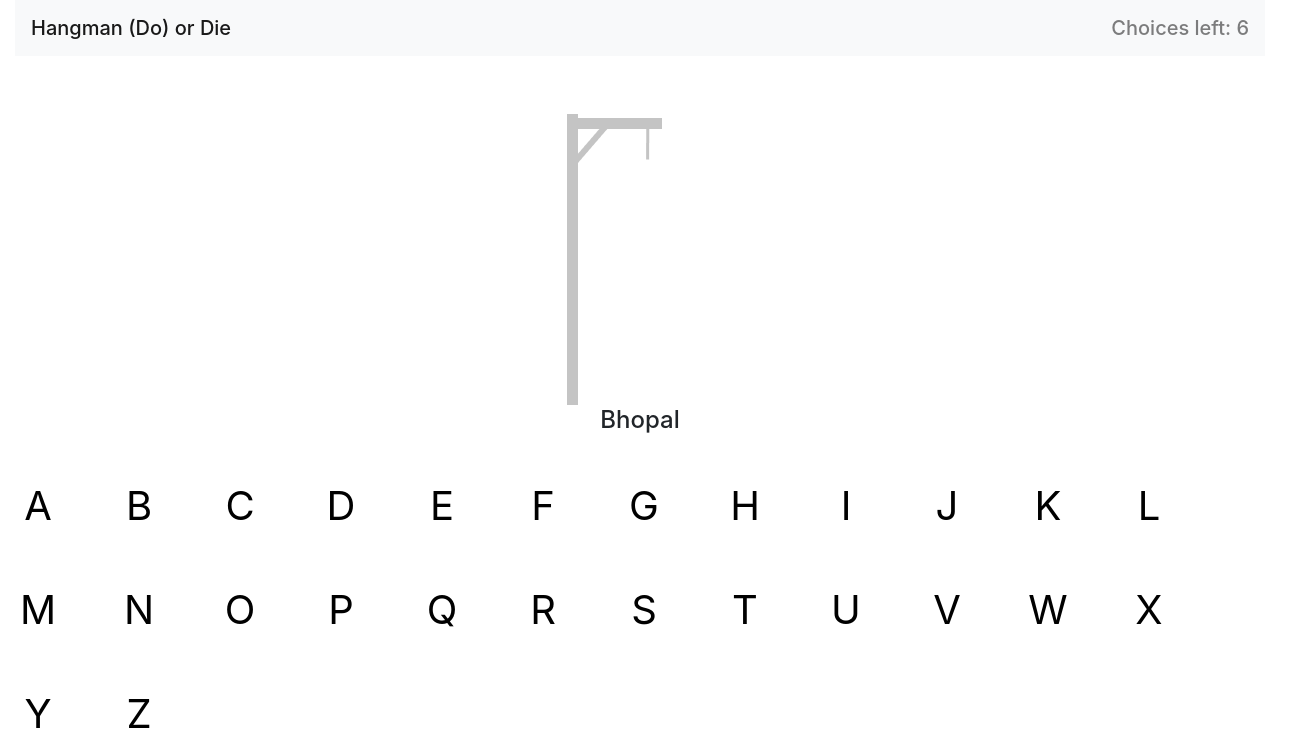
Repository: jatinhchanchlani/hangman
Page: /
The author's editor kept a copy of each file at every save. The page is drawn from the files as they stood at one save, then again after the next save.
The browser window is 1280 px wide. The page is 1295 px wide, so the pictures cover 1295 px, including what lies to the right of the window. The pictures show the whole page.
The project was rebuilt for these pictures with package versions that can differ from the ones it lists, and the page was loaded fresh each time. Also part of the build but not shown: src/App.css.

Above is the page before, as saved 2020-10-24 16:54:12.

After the next save:
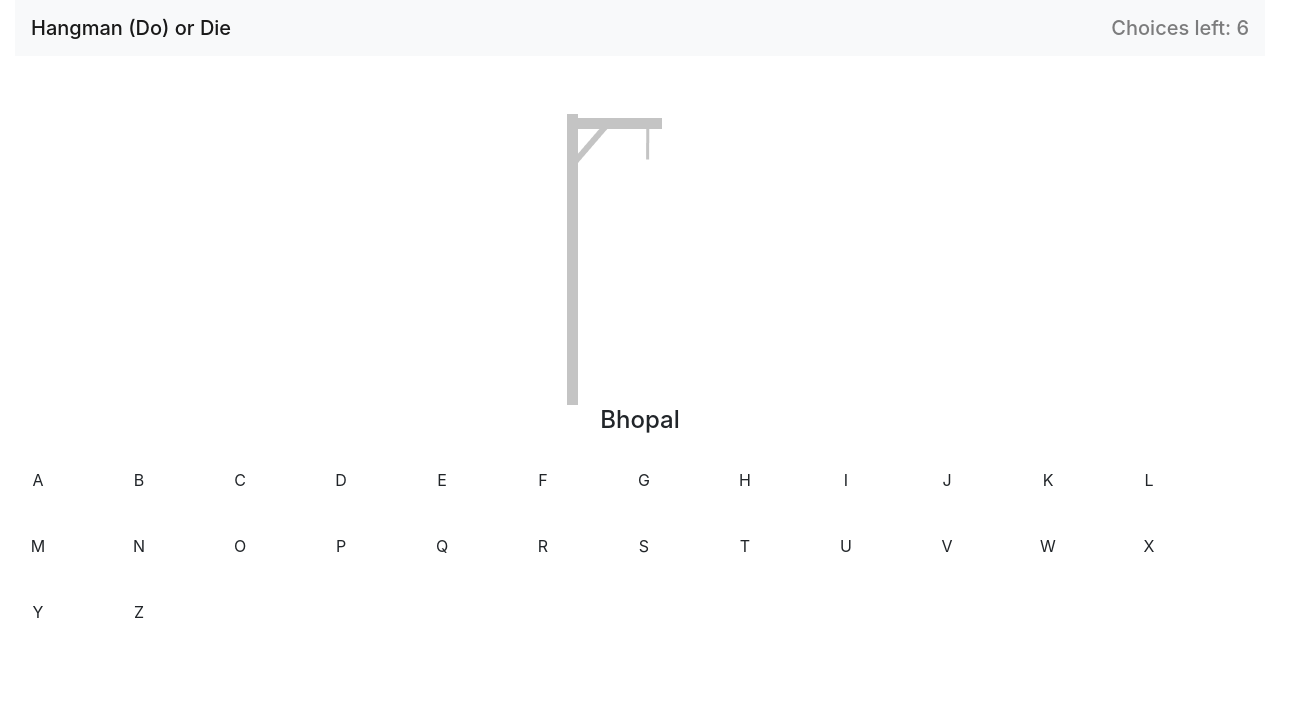
Saved 7 s later.
--- a/src/components/letters.jsx
+++ b/src/components/letters.jsx
@@ -9,7 +9,7 @@
           .fill()
           .map((_, index) => String.fromCharCode("A".charCodeAt(0) + index))
           .map((char) => (
-            <button key={char} className="letter-button">
+            <button key={char} className="letter-button btn">
               {char}
             </button>
           ))}

After the 3 saves that followed:
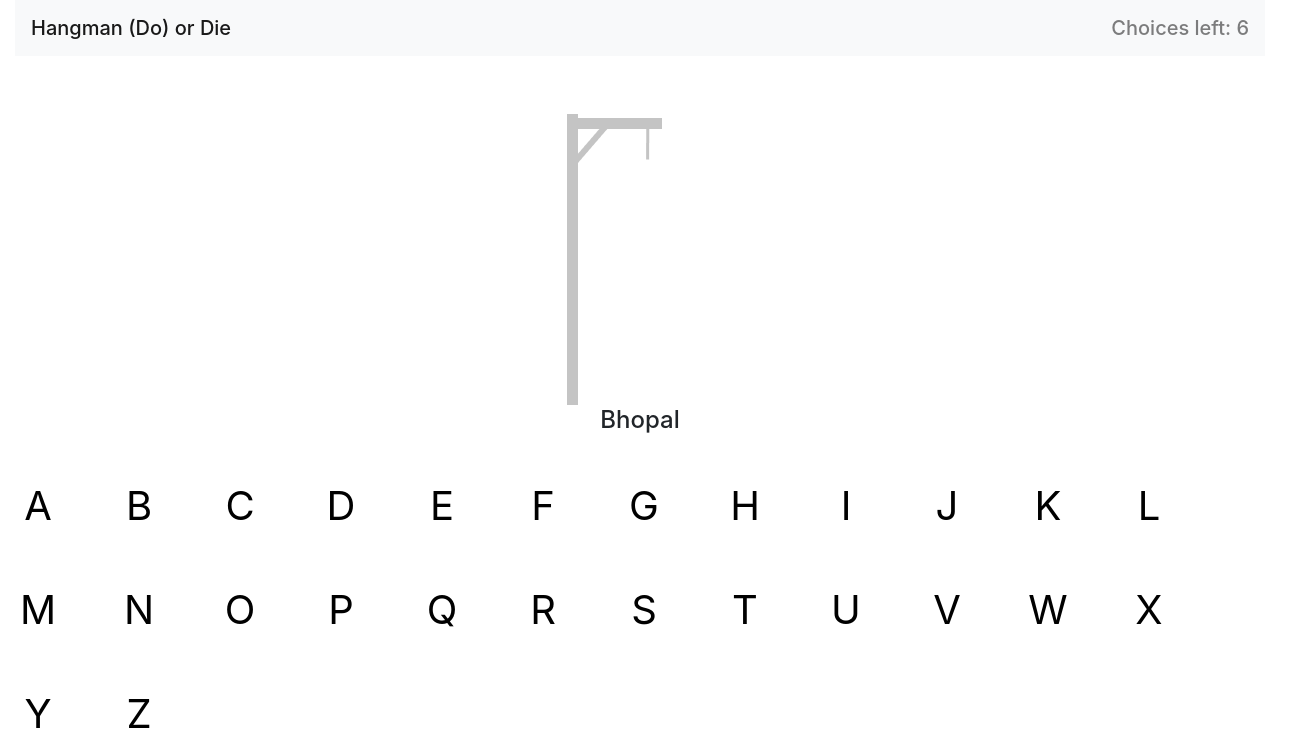
The 3 saves are shown as one change because 1 left the picture as it was and some came seconds apart.
The last was saved 76 s later.
--- a/src/components/letters.jsx
+++ b/src/components/letters.jsx
@@ -9,7 +9,7 @@
           .fill()
           .map((_, index) => String.fromCharCode("A".charCodeAt(0) + index))
           .map((char) => (
-            <button key={char} className="letter-button btn">
+            <button key={char} className="letter-button">
               {char}
             </button>
           ))}
--- a/src/css/letters.css
+++ b/src/css/letters.css
@@ -1,5 +1,4 @@
 .letter-button {
-
     border: none;
     font-family: inherit;
     font-size: 2.5rem;
@@ -13,5 +12,4 @@
     color: #000;
     border-radius: 10px;
     padding-top: 15px;
-
 }
